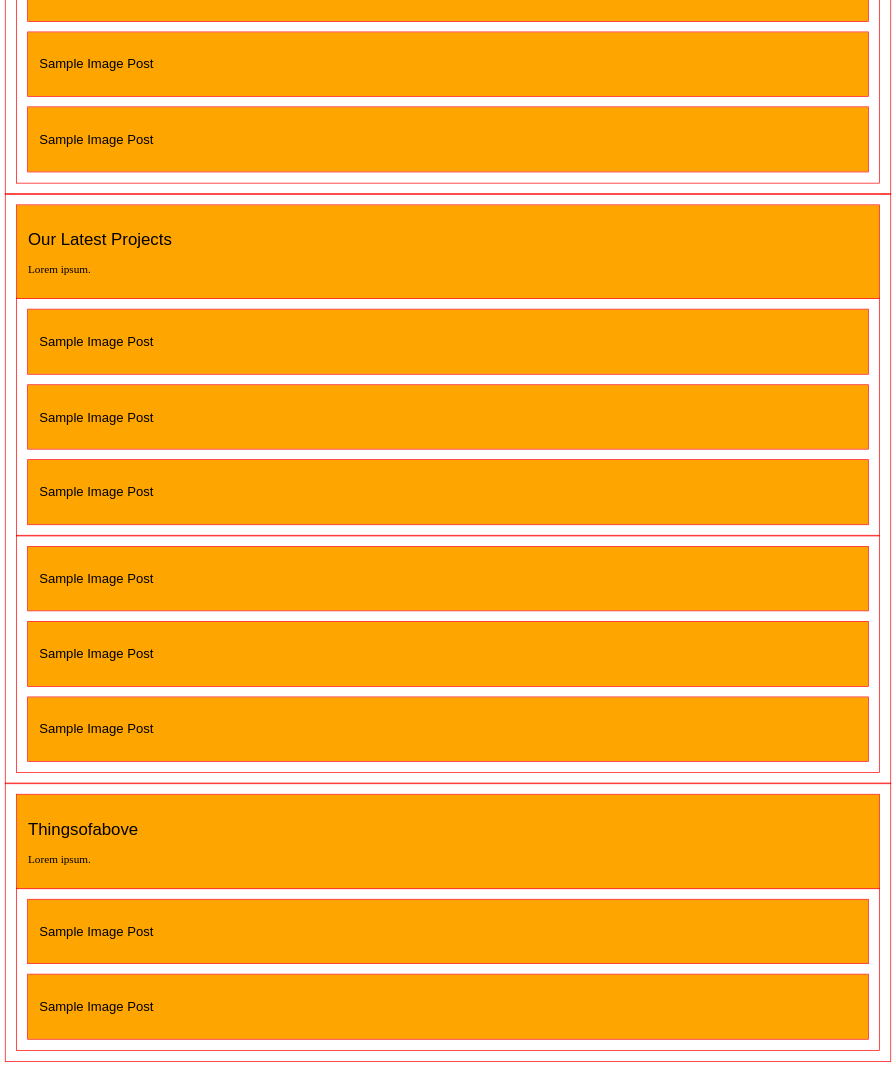
Repository: pjiang604/mdia2003-lab03b
Page: index.html
The author's editor kept a copy of each file at every save. The page is drawn from the files as they stood at one save, then again after the next save.
The browser window is 1280 px wide. The pictures show the part of the page from y = 993 to 2913 px (the page is 2517 px tall before and 2913 px after), at 70% of full size.

Above is the page before, as saved 2023-01-24 00:09:21.

After the next save:
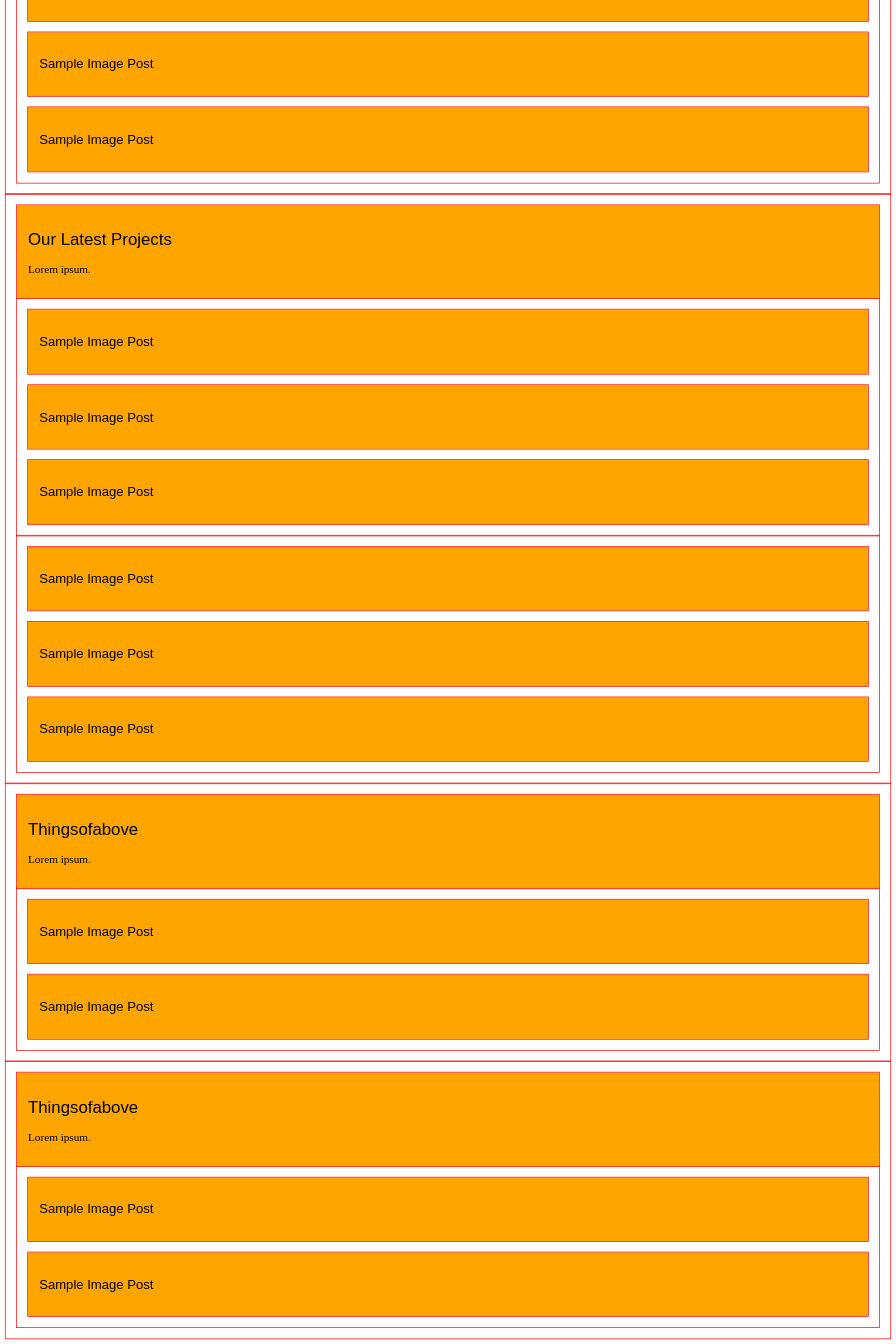
Saved 29 s later.
--- a/index.html
+++ b/index.html
@@ -88,7 +88,7 @@
             </div>
         </div>
     </div>
-    <div class="lastRow">
+    <div class="fourthRow">
         <div class="col">
             <h2>Thingsofabove</h2>
             <p>Lorem ipsum.</p>
@@ -101,6 +101,21 @@
                 <h3>Sample Image Post</h3>
             </div>
         </div>
+    </div>
+    <div class="companies">
+        <div class="col">
+            <h2>Thingsofabove</h2>
+            <p>Lorem ipsum.</p>
+        </div>
+        <div class="row m-col-3">
+            <div class="col">
+                <h3>Sample Image Post</h3>
+            </div>
+            <div class="col">
+                <h3>Sample Image Post</h3>
+            </div>
+        </div>
+    </div>
     <footer>
 
     </footer>
